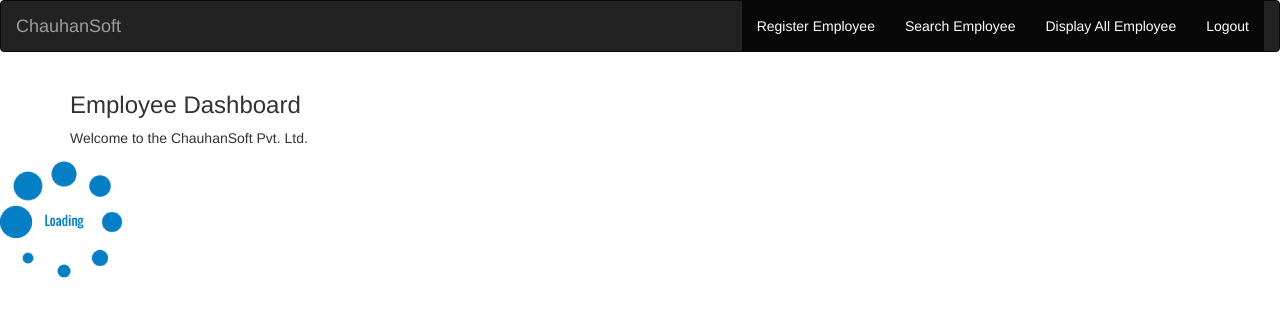
Repository: ErAdarshChauhan/Spring-Framework-5.0.0-Concepts
Page: http://localhost/sf-mvc-with-hibernate-crud-and-login-logout/WEB-INF/jsp/employeeDashboard.jsp
These files come from the project's save history. The page is drawn as it stood at one moment and after the next save; the edit follows.
The browser window is 1280 px wide. The pictures show the whole page.
The page is served by Tomcat 9. Nobody is signed in. The template is opened directly, without the code that normally fills it, so the values that code supplies are empty.

Above is the page before, as saved 2020-06-23 14:18:13.

After the next save:
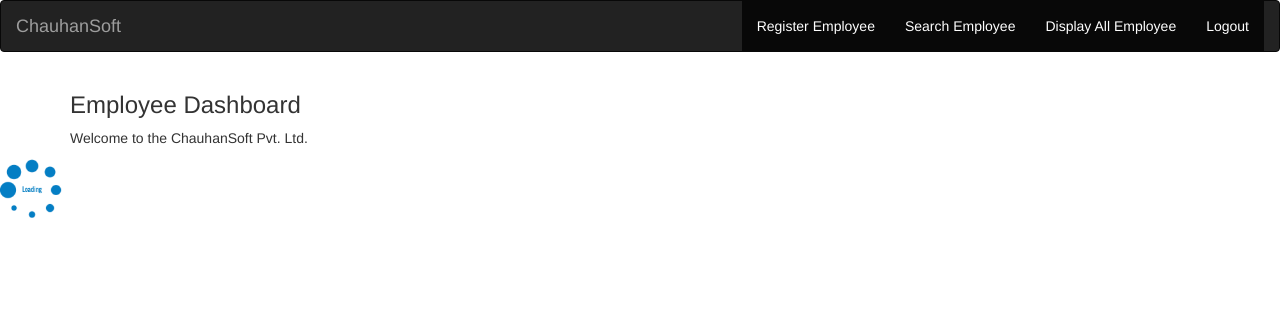
Saved 44 s later.
--- a/Spring-MVC-Projects/sf-mvc-with-hibernate-crud-and-login-logout/src/main/webapp/WEB-INF/jsp/employeeDashboard.jsp
+++ b/Spring-MVC-Projects/sf-mvc-with-hibernate-crud-and-login-logout/src/main/webapp/WEB-INF/jsp/employeeDashboard.jsp
@@ -39,6 +39,6 @@
   <h3>Employee Dashboard</h3>
   <p>Welcome <strong>${username}</strong> to the ChauhanSoft Pvt. Ltd.</p>
 </div>
-<img alt="image" src='<c:url value="/static/images/loading5.gif"></c:url>' width="10%" height="10%"/>
+<img alt="image" src='<c:url value="/static/images/loading5.gif"></c:url>' width="5%" height="5%"/>
 </body>
 </html>
